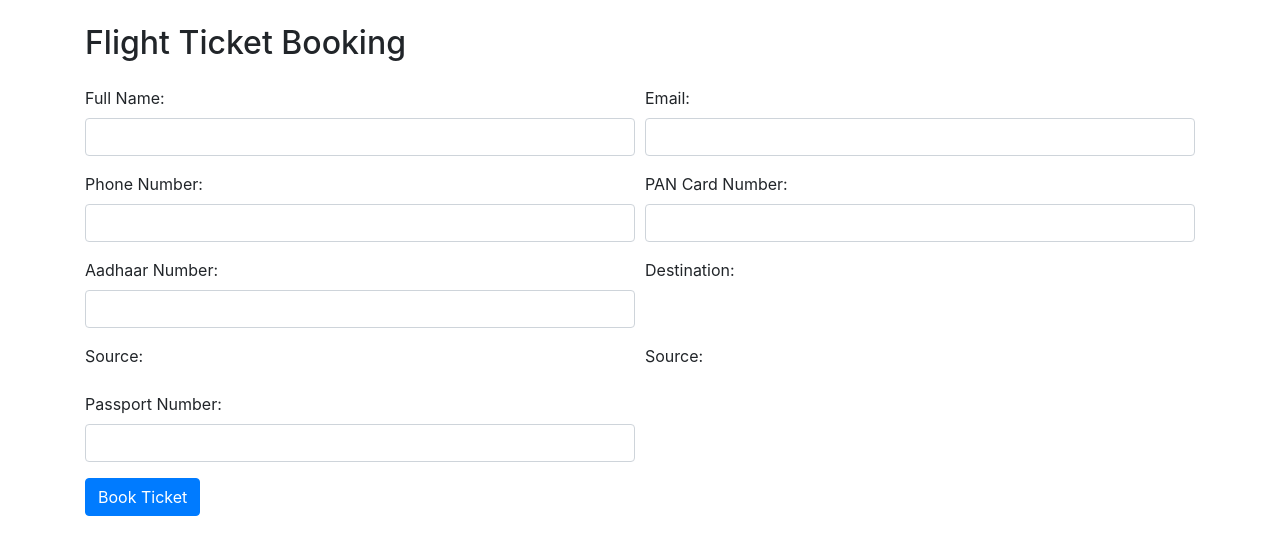
Repository: Hari-mani-don/JavaDynamicProjectWorkspace
Page: http://localhost/Airline/ticketBookingPage.jsp
An editor plug-in stored every save of this project. The page is shown before and after the next save, followed by the edit.
The browser window is 1280 px wide. The pictures show the whole page.
The page is served by Tomcat 9.

Above is the page before, as saved 2024-05-15 22:44:29.

After the next save:
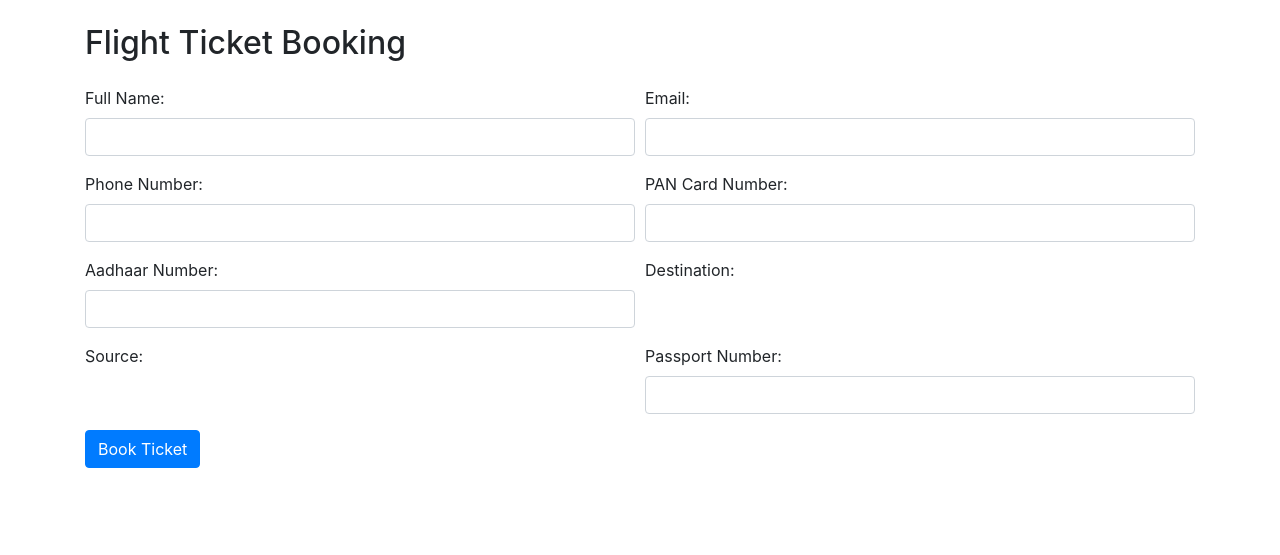
Saved 16 s later.
--- a/Airline/src/main/webapp/ticketBookingPage.jsp
+++ b/Airline/src/main/webapp/ticketBookingPage.jsp
@@ -63,10 +63,6 @@ String time = request.getParameter("time");
 						class="form-control" id="source" name="source" value="<%=source %>" required>
 				</div>
 				<div class="form-group col-md-6">
-					<label for="source">Source:</label> <input type="hidden"
-						class="form-control" id="source" name="source" value="<%=source %>" required>
-				</div>
-				<div class="form-group col-md-6">
 					<label for="passport">Passport Number:</label> <input type="number"
 						class="form-control" id="passport" name="passport" required>
 				</div>
